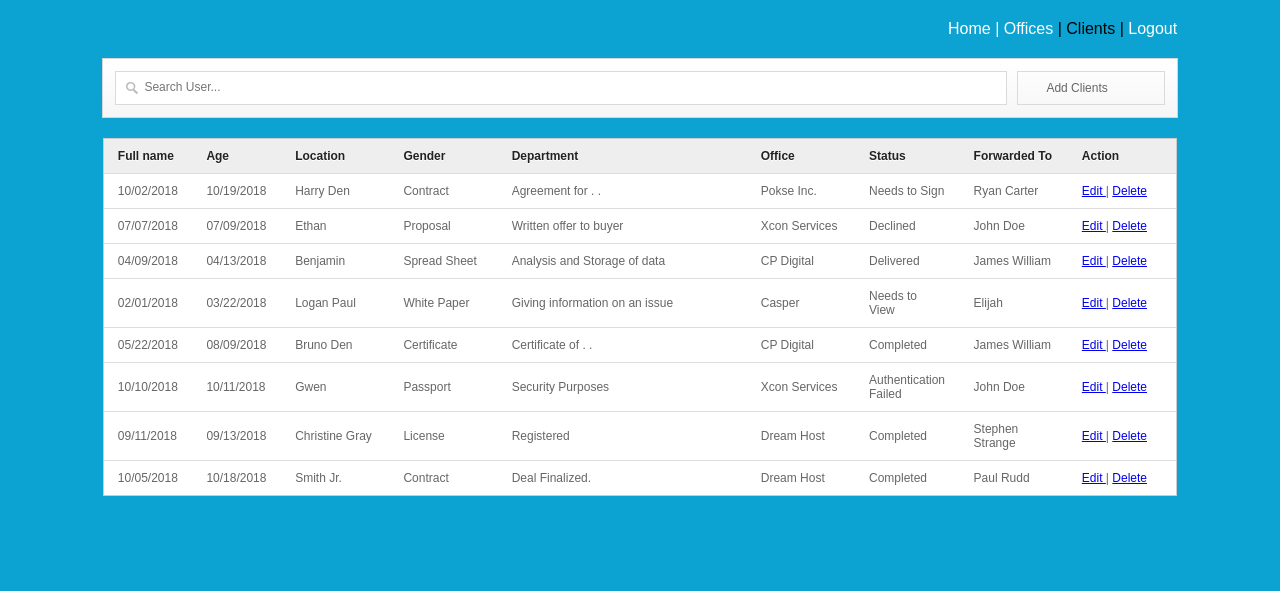
Repository: MrSyntax31/recordmanagement
Page: http://localhost/main/clients.php
An editor plug-in stored every save of this project. The page is shown before and after the next save, followed by the edit.
The browser window is 1280 px wide. The pictures show the whole page.
The page is run by PHP 8.4 with error messages shown; the project is at /var/www/html/. The database holds what the project's SQL file puts in it.

Above is the page before, as saved 2022-03-03 14:40:27.

After the next save:
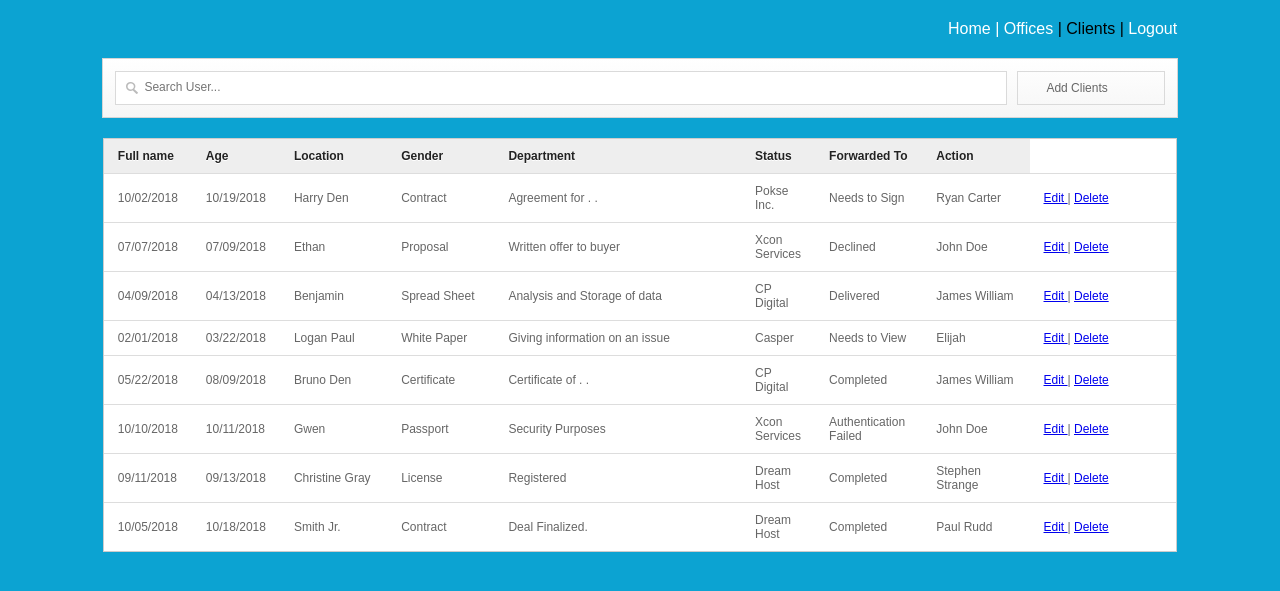
Saved 7 s later.
--- a/main/clients.php
+++ b/main/clients.php
@@ -94,7 +94,6 @@ a#add {
 		<th width="10%"> Location </th>
 		<th width="10%"> Gender </th>
 		<th width="23%"> Department </th>
-		<th width="10%"> Office </th>
 		<th width="5%"> Status </th>
 		<th width="10%"> Forwarded To </th>
 		<th width="10%"> Action </th>
